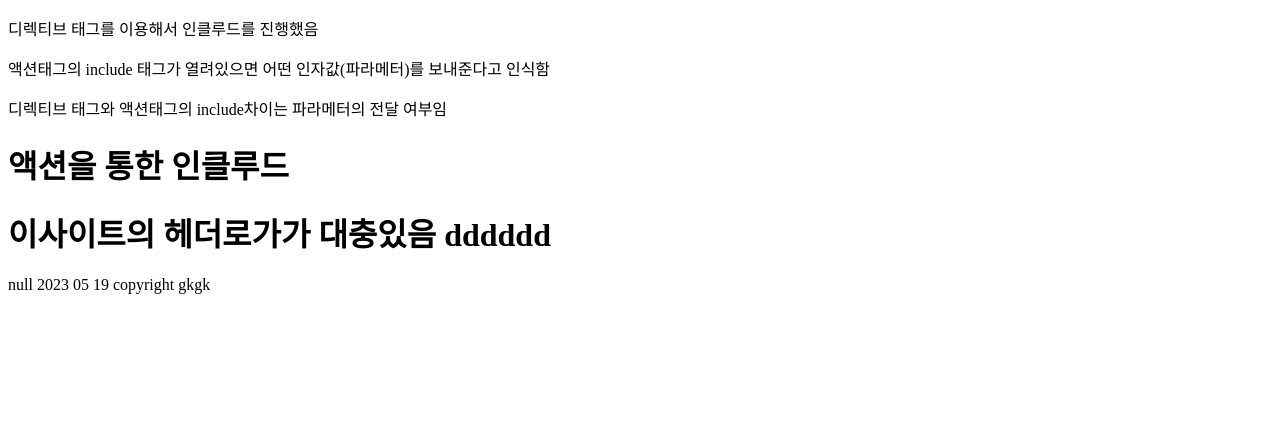
Repository: SanctusAlbino/Jsp_Servlet
Page: http://localhost/03.Tag/03.Action/Ex02_IncludeMain.jsp
An editor plug-in stored every save of this project. The page is shown before and after the next save, followed by the edit.
The browser window is 1280 px wide. The pictures show the whole page.
The page is served by Tomcat 9.

Above is the page before, as saved 2023-05-19 03:50:35.

After the next save:
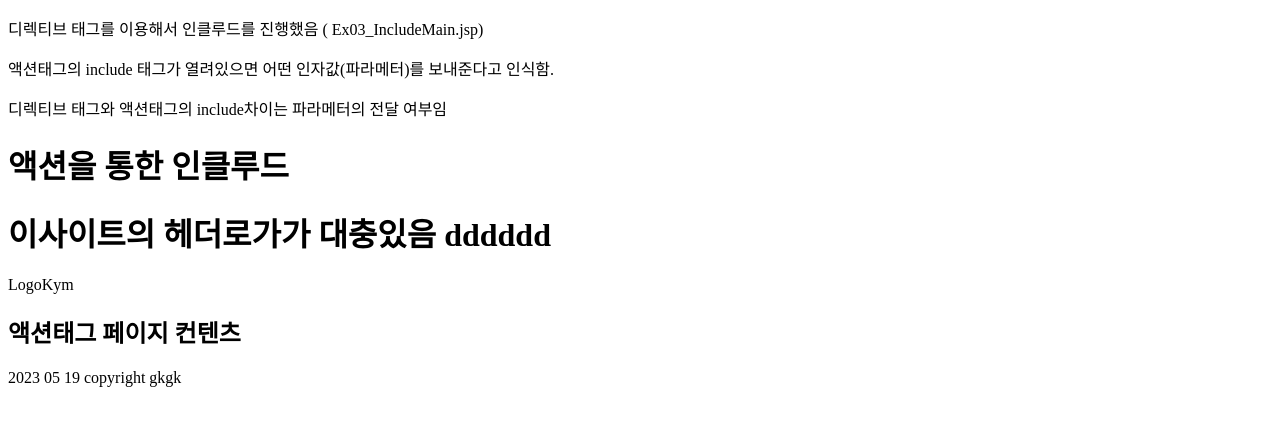
Saved 105 s later.
--- a/03.Tag/src/main/webapp/03.Action/Ex02_IncludeMain.jsp
+++ b/03.Tag/src/main/webapp/03.Action/Ex02_IncludeMain.jsp
@@ -7,18 +7,19 @@
 <title>Insert title here</title>
 </head>
 <body>
-	<p>디렉티브 태그를 이용해서 인클루드를 진행했음</p>
-	<p>액션태그의 include 태그가 열려있으면 어떤 인자값(파라메터)를 보내준다고 인식함</p>
-	<p>디렉티브 태그와 액션태그의 include차이는 파라메터의 전달 여부임</p>
+	<p> 디렉티브 태그를 이용해서 인클루드를 진행했음 ( Ex03_IncludeMain.jsp)</p>
+	<p> 액션태그의 include 태그가 열려있으면 어떤 인자값(파라메터)를 보내준다고 인식함.</p>
+	<p> 디렉티브 태그와 액션태그의 include차이는 파라메터의 전달 여부임</p>
 
 	<h1>액션을 통한 인클루드</h1>
-
 	<jsp:include page="Ex02Header.jsp">
-		<jsp:param value="headerContent" name="header"/>
+		<jsp:param value="LogoKym" name="logoname"/>
 	</jsp:include>
 
+	<h2> 액션태그 페이지 컨텐츠 </h2>
+
 	<jsp:include page="Ex02Footer.jsp">
-		<jsp:param value="footerContent" name="footer"/>
+		<jsp:param value="FooterContent" name="footer"/>
 	</jsp:include>
 
 </body>
